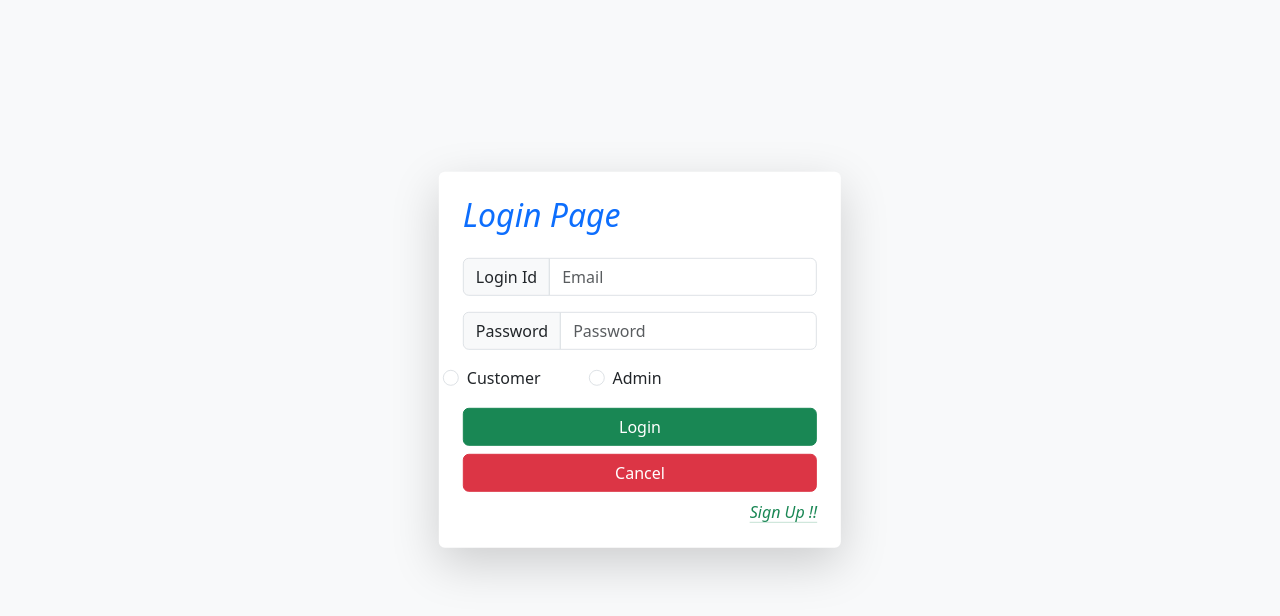
Repository: Niket-mishra/Dummy
Page: http://localhost/Mini-Project/Login.jsp
An editor plug-in stored every save of this project. The page is shown before and after the next save, followed by the edit.
The browser window is 1280 px wide. The pictures show the whole page.
The page is served by Tomcat 10.

Above is the page before, as saved 2024-05-07 17:05:37.

After the next save:
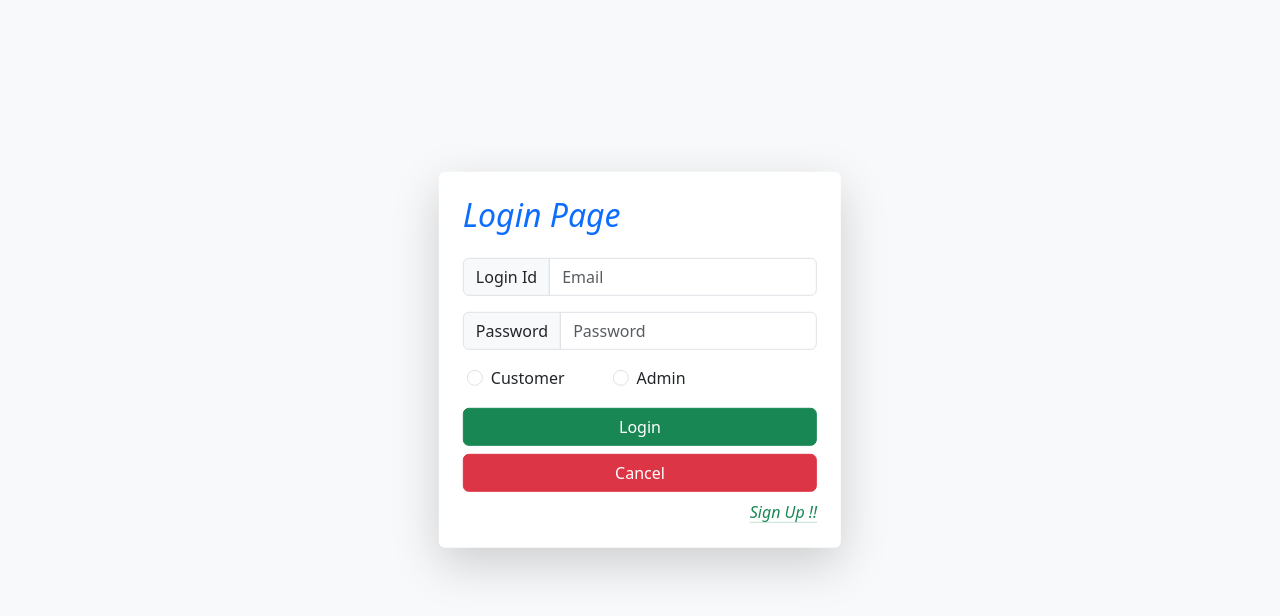
Saved 17 s later.
--- a/Mini-Project/src/main/webapp/Login.jsp
+++ b/Mini-Project/src/main/webapp/Login.jsp
@@ -22,7 +22,7 @@
   <input type="password" aria-label="password" class="form-control" placeholder="Password" required>
 </div>
 <div class = "row g-2 mb-3">
-  <div class="form-check col-auto pe-5 ps-2">
+  <div class="form-check col-auto pe-5 ms-2">
     <input type="radio" class="form-check-input" id="validationFormCheck2" name="usertype" required>
     <label class="form-check-label" for="validationFormCheck2">Customer</label>
   </div>
